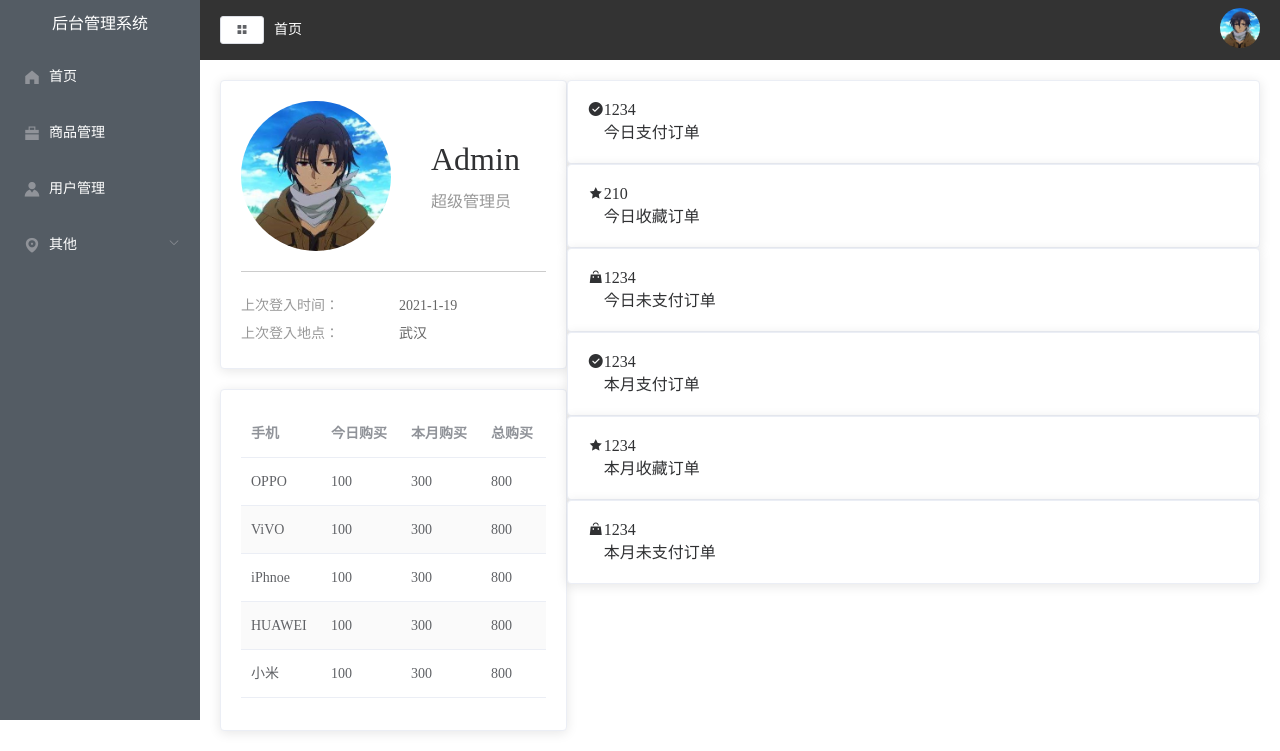
Repository: ldqml/ldqml.github.io
Page: /
These files come from the project's save history. The page is drawn as it stood at one moment and after the next save; the edit follows.
The browser window is 1280 px wide. The pictures show the whole page.
The project was rebuilt for these pictures with package versions that can differ from the ones it lists, and the page was loaded fresh each time. Also part of the build but not shown: vue.config.js, src/views/User.vue, src/views/Mall.vue, src/views/PageOne.vue, src/views/PageTwo.vue.

Above is the page before, as saved 2022-11-01 19:50:20.

### src/main.js
import Vue from 'vue'
import App from './App.vue'
import ElementUi from 'element-ui'
import 'element-ui/lib/theme-chalk/index.css'
import router from './router'
import store from './store'

Vue.use(ElementUi)
Vue.config.productionTip = false

new Vue({
  router,
  store,
  render: h => h(App),
}).$mount('#app')

### src/App.vue
<template>
  <div id="app">
    <!-- <el-row>
      <el-button disabled>默认按钮</el-button>
      <el-button type="primary" disabled>主要按钮</el-button>
      <el-button type="success" disabled>成功按钮</el-button>
      <el-button type="info" disabled>信息按钮</el-button>
      <el-button type="warning" disabled>警告按钮</el-button>
      <el-button type="danger" disabled>危险按钮</el-button>
    </el-row> -->
    <router-view></router-view>
  </div>
</template>

<script>
export default {
  name: "App",
  components: {},
};
</script>

<style lang="less">
html, body,h3,p{
  margin: 0;
  padding: 0;
}
</style>

### src/router/index.js
import Vue from 'vue'
import VueRouter from 'vue-router'
import User from '../views/User.vue'
import Home from '../views/Home.vue'
import Main from '../views/Main.vue'
import Mall from '../views/Mall.vue'
import PageOne from '../views/PageOne.vue'
import PageTwo from '../views/PageTwo.vue'

Vue.use(VueRouter)

const routes = [
    {
        path:'/',
        component:Main,
        redirect:'/home',
        children:[
            {
                path:'/',
                component: Home
            },
            {
                path:'/user',
                component: User
            },
            {
                path:'/mall',
                component: Mall
            },
            {
                path:'/page1',
                component: PageOne
            },
            {
                path:'/page2',
                component: PageTwo
            }
        ]
    }
]

const router = new VueRouter({
    routes
})

export default router

### src/store/index.js
import Vue from 'vue'
import Vuex from 'vuex'
import tab from './tab'

Vue.use(Vuex)

export default new Vuex.Store({
    modules:{
        tab
    }
})

### src/views/Home.vue
<template>
  <div>
    <el-row>
      <el-col :span="8">
        <div class="grid-content bg-purple">
          <el-card class="box-card">
            <div class="user">
              <img src="../images/1.jpeg" alt="" />
              <div class="userInfo">
                <p class="name">Admin</p>
                <p class="access">超级管理员</p>
              </div>
            </div>
            <div class="login-info">
              <p>上次登入时间：<span>2021-1-19</span></p>
              <p>上次登入地点：<span>武汉</span></p>
            </div>
          </el-card>
          <el-card style="margin-top:20px;height:340px">
            <el-table :data="tableData" stripe style="width: 100%">
              <el-table-column v-for="(val,key) in tableData1" :key="key" :prop="key" :label="val" />
            </el-table>
          </el-card>
        </div>
      </el-col>
      <el-col :span="16">
        <div class="num">
            <el-card v-for="item in countDate" :key="item.name" :body-style="{ display:'flex' }">
                <i class="icon" :class="`el-icon-${item.icon}`"></i>
                <div>
                    <p>{{item.value}}</p>
                    <p>{{item.name}}</p>
                </div>
            </el-card>
        </div>
      </el-col>
    </el-row>
  </div>
</template>
<script>
export default {
  data() {
    return {
        tableData: [{
          todayBuy: '100',
          name: 'OPPO',
          monthBuy: '300',
          totalBuy: '800'
        }, {
          todayBuy: '100',
          name: 'ViVO',
          monthBuy: '300',
          totalBuy: '800'
        }, {
          todayBuy: '100',
          name: 'iPhnoe',
          monthBuy: '300',
          totalBuy: '800'
        }, {
          todayBuy: '100',
          name: 'HUAWEI',
          monthBuy: '300',
          totalBuy: '800'
        },
        {
          todayBuy: '100',
          name: '小米',
          monthBuy: '300',
          totalBuy: '800'
        }],
        tableData1:{
            name:'手机',
            todayBuy:'今日购买',
            monthBuy:'本月购买',
            totalBuy:'总购买'
        },
        countDate:[
            {
            name:'今日支付订单',
            value:1234,
            icon:'success',
            color:'#2ec7c9'
            },{
            name:'今日收藏订单',
            value:210,
            icon:'star-on',
            color:'#ffb980'
            },{
            name:'今日未支付订单',
            value:1234,
            icon:'s-goods',
            color:'#5ab1ef'
            },{
            name:'本月支付订单',
            value:1234,
            icon:'success',
            color:'#2ec7c9'
            },{
            name:'本月收藏订单',
            value:1234,
            icon:'star-on',
            color:'#ffb980'
            },{
            name:'本月未支付订单',
            value:1234,
            icon:'s-goods',
            color:'#5ab1ef'
            }
        ]
    };
  },
};
</script>

<style lang="less" scoped>
.user {
  padding-bottom: 20px;
  margin-bottom: 20px;
  border-bottom: 1px solid #ccc;
  display: flex;
  align-items: center;
  img {
    width: 150px;
    height: 150px;
    border-radius: 50%;
    margin-right: 40px;
  }
  .userInfo {
    .name {
      font-size: 32px;
      margin-bottom: 10px;
    }
    .access {
      color: #999999;
    }
  }
}
.login-info {
  p {
    line-height: 28px;
    font-size: 14px;
    color: #999999;
    span {
      color: #666666;
      margin-left: 60px;
    }
  }
}
</style>

### src/views/Main.vue
<template>
  <div>
    <el-container>
      <el-aside width="auto">
        <com-aside></com-aside>
      </el-aside>
      <el-container>
        <el-header>
          <com-header></com-header>
        </el-header>
        <el-main>
            <router-view></router-view>
        </el-main>
      </el-container>
    </el-container>
  </div>
</template>
<script>
import ComAside from '../components/ComAside.vue'
import ComHeader from '../components/ComHeader.vue'
export default {
  data() {
    return {}
  },
  components:{
    ComAside,
    ComHeader
  }
};
</script>

<style scoped>
.el-header{
  padding: 0;
}
</style>

### src/store/tab.js
export default{
    state:{
        isCollapse:false
    },
    mutations:{
        collapseMenu(state){
            state.isCollapse= !state.isCollapse
        }
    }
}

### src/components/ComAside.vue
<template>
  <el-menu
    default-active="1-4-1"
    class="el-menu-vertical-demo"
    @open="handleOpen"
    @close="handleClose"
    :collapse="isCollapse"
    background-color="#545c64"
    text-color="#fff"
    active-text-color="#ffd04b"
  >
    <h3>{{isCollapse ? '后台' : '后台管理系统'}}</h3>
    <el-menu-item @click="toPage(item)" v-for="item in noChildren" :key='item.name' :index="item.name">
      <i :class="`el-icon-${item.icon}`"></i>
      <span slot="title">{{item.label}}</span>
    </el-menu-item>
    <el-submenu v-for="item in hasChildren" :key="item.label" :index="item.label">
      <template slot="title">
        <i class="el-icon-location"></i>
        <span slot="title">{{item.label}}</span>
      </template>
      <el-menu-item-group>
        <el-menu-item @click="toPage(subitem)" v-for="subitem in item.children" :key="subitem.name" :index="subitem.name">{{subitem.label}}</el-menu-item>
      </el-menu-item-group>
    </el-submenu>
  </el-menu>
</template>

<style lang="less" scoped>
.el-menu-vertical-demo:not(.el-menu--collapse) {
  width: 200px;
  min-height: 400px;
}
.el-menu{
  height: 100vh;
  h3{
    color: #fff;
    text-align: center;
    line-height: 48px;
    font-size: 16px;
    font-weight: 400;
  }
}
</style>

<script>
export default {
  data() {
    return {
      menuDate:[
        {
          path: '/',
          name: 'home',
          label: '首页',
          icon: 's-home',
          url: 'Home/Home'
        },
        {
          path: '/mall',
          name: 'mall',
          label: '商品管理',
          icon: 's-cooperation',
          url: 'MallManage/MallManage'
        },
        {
          path: '/user',
          name: 'user',
          label: '用户管理',
          icon: 's-custom',
          url: 'UserManage/UserManage'
        },
        {
          label: '其他',
          icon: 'location',
          children: [
            {
              path: '/page1',
              name: 'page1',
              label: '首页1',
              icon: 'setting',
              url: 'Other/PageOne'
            },
            {
              path: '/page2',
              name: 'page2',
              label: '首页2',
              icon: 'setting',
              url: 'Other/PageTwo'
            }
          ]
        }
      ]
    };
  },
  methods: {
    handleOpen(key, keyPath) {
      console.log(key, keyPath);
    },
    handleClose(key, keyPath) {
      console.log(key, keyPath);
    },
    toPage(item){
      if(this.$route.path != item.path && !(this.$route.path === '/home' && (item.path === '/'))){
        this.$router.push(item.path)
      }
    }
  },
  computed:{
    noChildren(){
        return this.menuDate.filter(item => !item.children)
    },
    hasChildren(){
        return this.menuDate.filter(item => item.children)
    },
    isCollapse(){
      return this.$store.state.tab.isCollapse
    }
  }
};
</script>

<style lang="less" scoped>
.el-menu{
  border-right: none;
}
</style>

### src/components/ComHeader.vue
<template>
  <div class="header-container">
    <div class="l-content">
      <el-button @click="handMenu" icon="el-icon-menu" size="mini"></el-button>
      <span class="text">首页</span>
    </div>
    <div class="r-content">
      <el-dropdown>
        <span class="el-dropdown-link">
          <img class="user" src="../images/1.jpeg" alt="">
        </span>
        <el-dropdown-menu slot="dropdown">
          <el-dropdown-item>个人中心</el-dropdown-item>
          <el-dropdown-item>退出</el-dropdown-item>
        </el-dropdown-menu>
      </el-dropdown>
    </div>
  </div>
</template>
<script>
export default {
  data() {
    return {};
  },
  methods:{
    handMenu(){
        this.$store.commit('collapseMenu')
    }
  }
};
</script>

<style lang="less" scoped>
.header-container {
  padding: 0 20px;
  background-color: #333;
  height: 60px;
  display: flex;
  justify-content: space-between;
  align-items: center;
  .text {
    color: #fff;
    font-size: 14px;
    margin-left: 10px;
  }
  .r-content{
    .user{
        width: 40px;
        height: 40px;
        border-radius: 50%;
    }
  }
}
</style>

Loaded but not shown: public/index.html (common file)

After the next save:
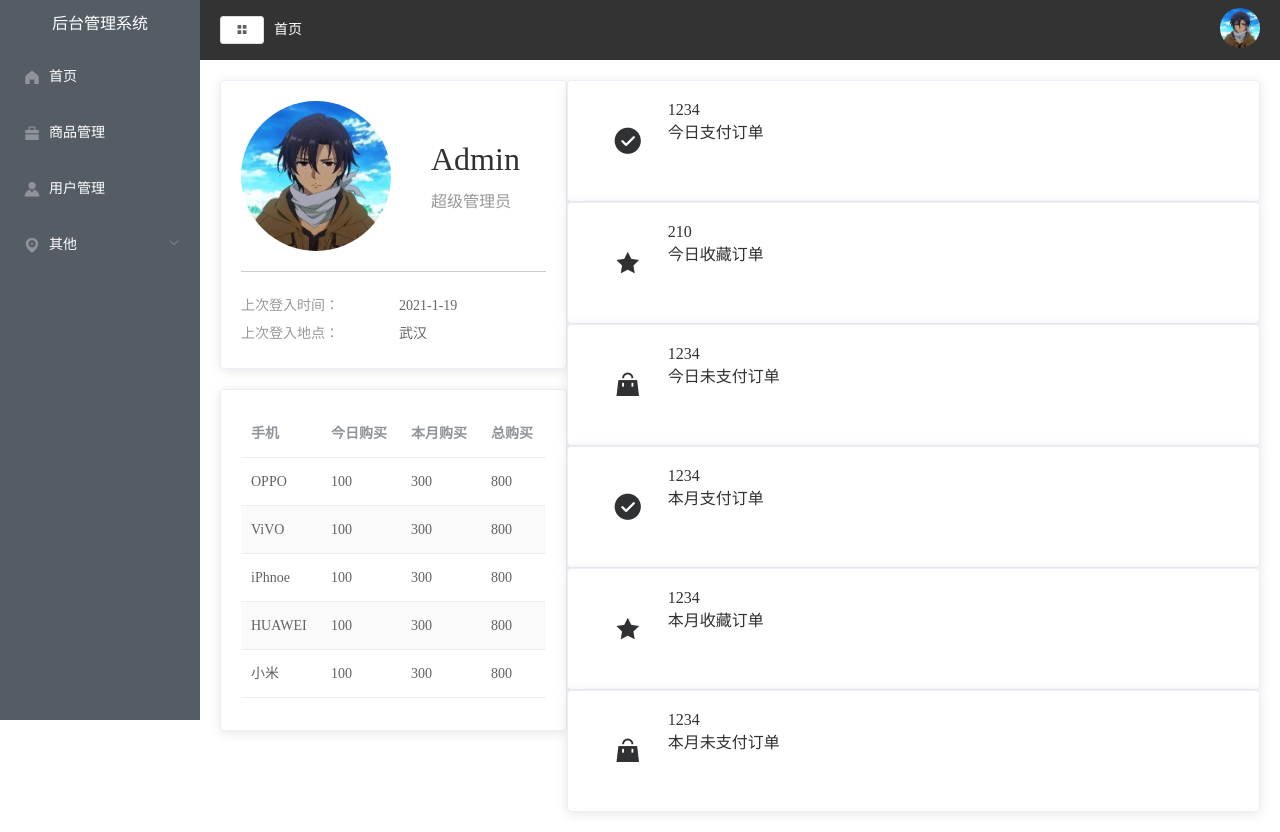
Saved 3 min 41 s later.
--- a/src/views/Home.vue
+++ b/src/views/Home.vue
@@ -146,4 +146,13 @@
     }
   }
 }
+.num{
+    .icon{
+        width: 80px;
+        height: 80px;
+        font-size: 30px;
+        text-align: center;
+        line-height: 80px;
+    }
+}
 </style>
